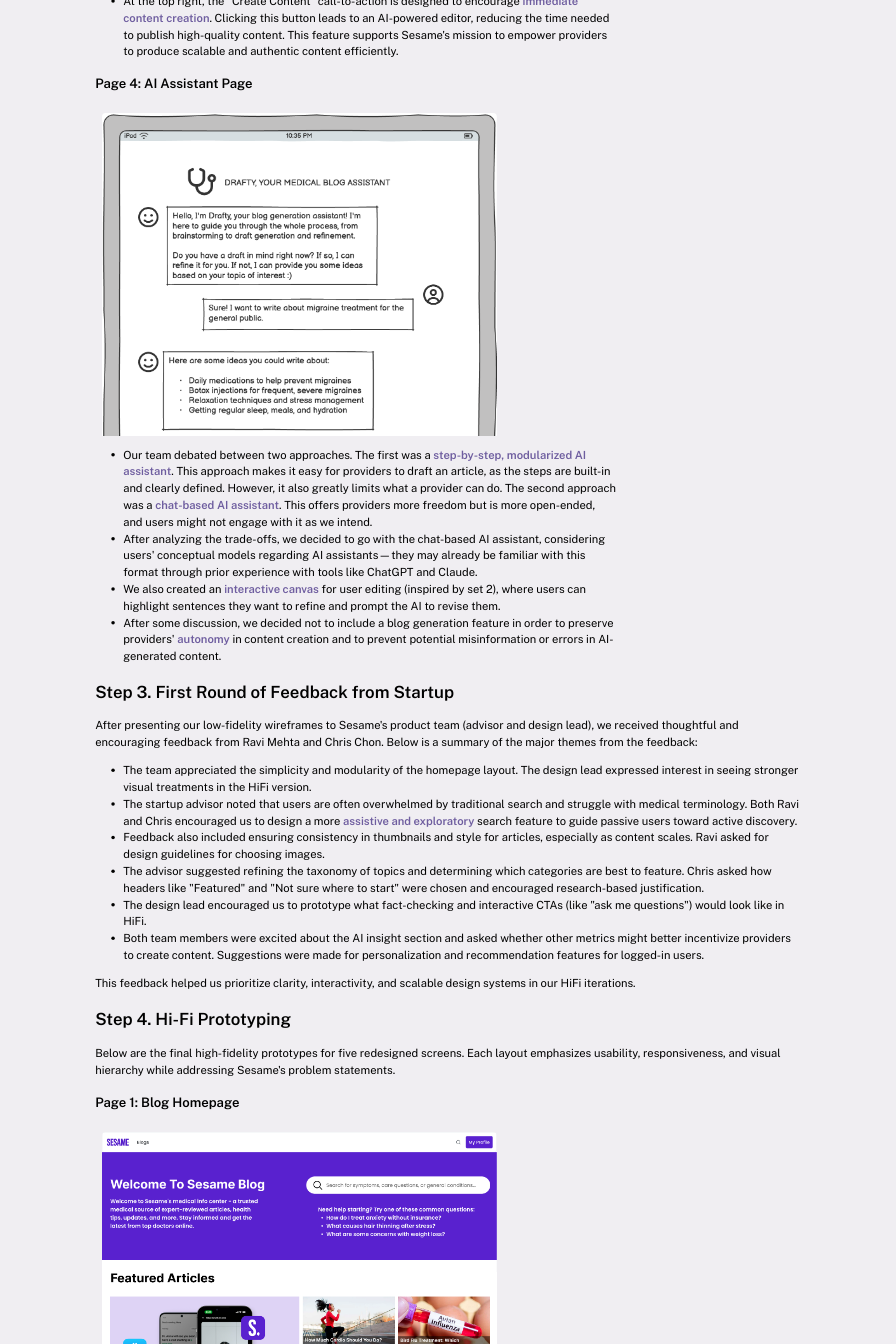
Repository: yifan200354/cs1300-iterative-design
Page: index.html
These files come from the project's save history. The page is drawn as it stood at one moment and after a run of saves; the edit follows.
The browser window is 1280 px wide. The pictures show the part of the page from y = 4580 to 6500 px (the page is 9710 px tall before and 9758 px after), at 70% of full size.
An inner scrolling area shows only its first screen.

Above is the page before, as saved 2025-04-17 23:00:17.
Not found: script.js

After the next 4 saves:
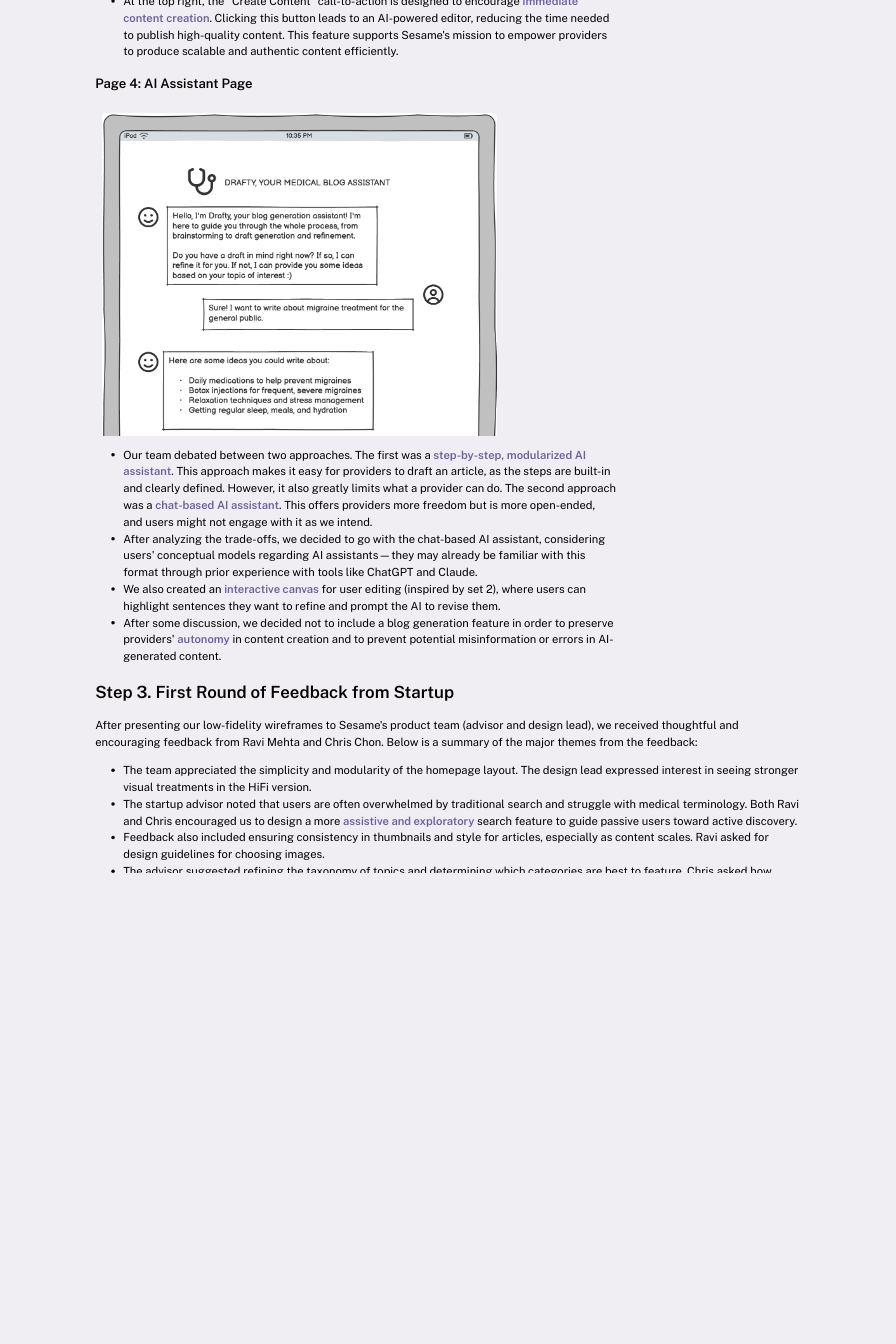
The 4 saves are shown as one change because they came seconds apart.
The last was saved 6 min 8 s later.
--- a/index.html
+++ b/index.html
@@ -191,6 +191,7 @@
                   <li>Feedback also included ensuring consistency in thumbnails and style for articles, especially as content scales. Ravi asked for design guidelines for choosing images.</li>
                   <li>The advisor suggested refining the taxonomy of topics and determining which categories are best to feature. Chris asked how headers like "Featured" and "Not sure where to start" were chosen and encouraged research-based justification.</li>
                   <li>The design lead encouraged us to prototype what fact-checking and interactive CTAs (like "ask me questions") would look like in HiFi.</li>
+                  <li>Chris suggested including more meaningful stats to better motivate providers, while Ravi emphasized offering clearer guidance on what topics providers should write about. </li>
                   <li>Both team members were excited about the AI insight section and asked whether other metrics might better incentivize providers to create content. Suggestions were made for personalization and recommendation features for logged-in users.</li>
                 </ul>
                 <p>
